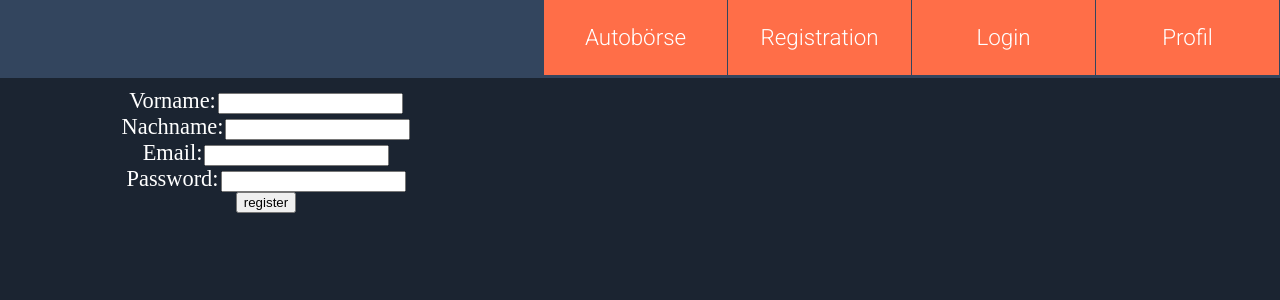
Repository: Turkelten/CarAdminstration
Page: http://localhost/Autobörse/registration.html
An editor plug-in stored every save of this project. The page is shown before and after the next save, followed by the edit.
The browser window is 1280 px wide. The pictures show the whole page.
The page is served by Tomcat 9.

Above is the page before, as saved 2020-07-18 18:33:15.

After the next save:
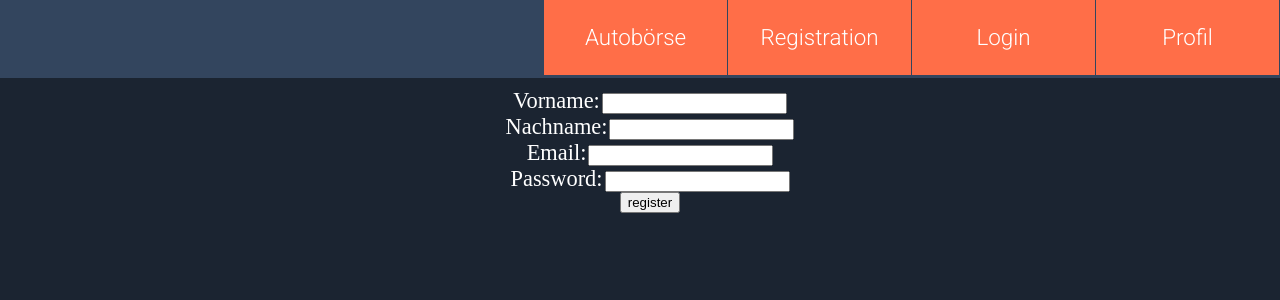
Saved 15 s later.
--- a/Autobörse/WebContent/style.css
+++ b/Autobörse/WebContent/style.css
@@ -217,8 +217,8 @@ header nav#mobile ul li:hover > ul {
 	text-align: center;
 	margin-bottom: auto;
 	padding: 10px;
-	width: 40%;
-    height: 40%;
+	width: 100%;
+    height: 100%;
     top: 10rem;
 }
 

After the save that followed:
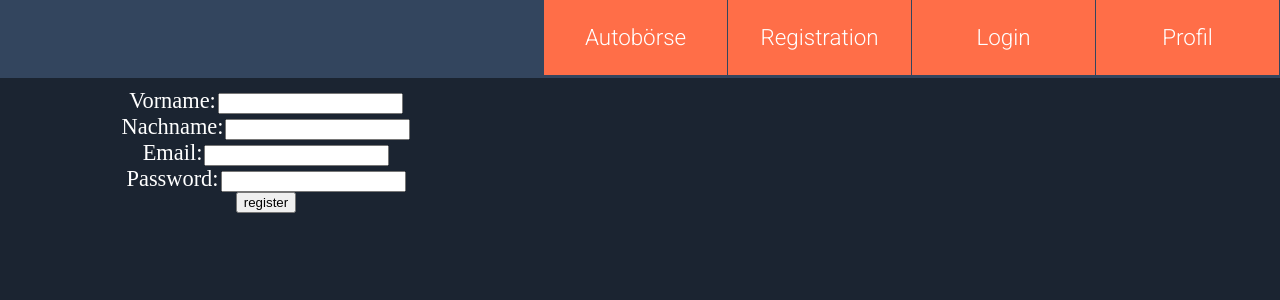
Saved 33 s later.
--- a/Autobörse/WebContent/style.css
+++ b/Autobörse/WebContent/style.css
@@ -223,7 +223,8 @@ header nav#mobile ul li:hover > ul {
 }
 
 .registration form {
-	width: 100%;
+	text-align: center;
+	width: 40%;
     height: 100%;
 }
 
